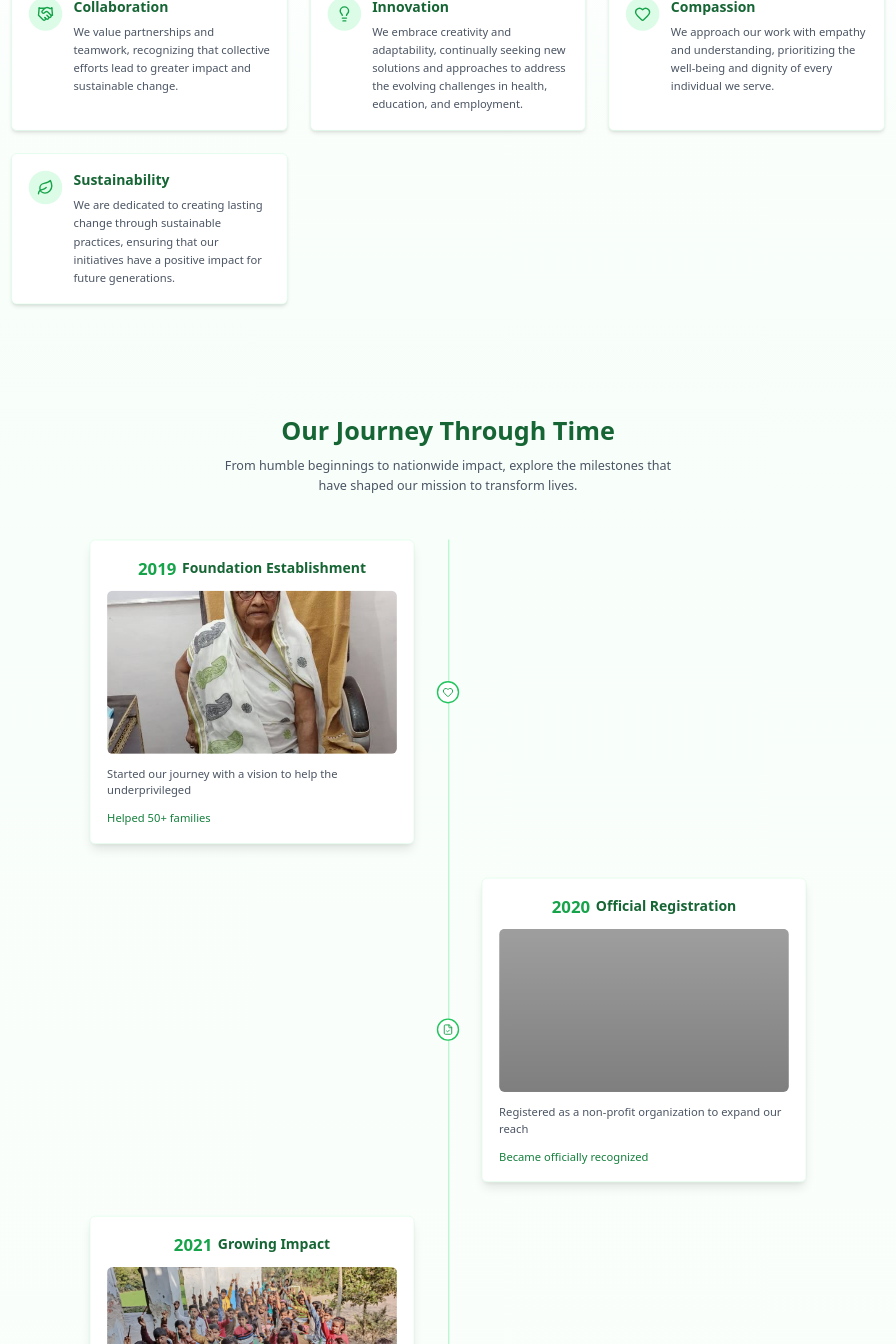
Repository: rajukumar2003/chandra-foundation
Page: /aboutus
An editor plug-in stored every save of this project. The page is shown before and after the next save, followed by the edit.
The browser window is 1280 px wide. The pictures show the part of the page from y = 2747 to 4667 px (the page is 7627 px tall), at 70% of full size.
Pictures or frames that could not be fetched are drawn as grey boxes. The project was rebuilt for these pictures with package versions that can differ from the ones it lists, and the page was loaded fresh each time. The framework's server and built-in components were replaced by stand-ins that run in the browser. Also part of the build but not shown: next.config.ts.

Above is the page before, as saved 2025-01-31 02:34:11.

### app/layout.tsx
import type { Metadata } from "next";
import { Geist, Geist_Mono } from "next/font/google";
import "./globals.css";
import Navbar from "./components/navbar";
import Footer from "./components/Footer";

const geistSans = Geist({
  variable: "--font-geist-sans",
  subsets: ["latin"],
});

const geistMono = Geist_Mono({
  variable: "--font-geist-mono",
  subsets: ["latin"],
});

export const metadata: Metadata = {
  title: "Create Next App",
  description: "Generated by create next app",
};

export default function RootLayout({
  children,
}: Readonly<{
  children: React.ReactNode;
}>) {
  return (
    <html lang="en">
      <body
        className={`${geistSans.variable} ${geistMono.variable} antialiased`}
      >
        <Navbar />
        {children}
        <Footer/>
      </body>
    </html>
  );
}

### app/globals.css
@tailwind base;
@tailwind components;
@tailwind utilities;
@layer base {
  :root {
    --background: 0 0% 100%;
    --foreground: 0 0% 3.9%;
    --card: 0 0% 100%;
    --card-foreground: 0 0% 3.9%;
    --popover: 0 0% 100%;
    --popover-foreground: 0 0% 3.9%;
    --primary: 0 0% 9%;
    --primary-foreground: 0 0% 98%;
    --secondary: 0 0% 96.1%;
    --secondary-foreground: 0 0% 9%;
    --muted: 0 0% 96.1%;
    --muted-foreground: 0 0% 45.1%;
    --accent: 0 0% 96.1%;
    --accent-foreground: 0 0% 9%;
    --destructive: 0 84.2% 60.2%;
    --destructive-foreground: 0 0% 98%;
    --border: 0 0% 89.8%;
    --input: 0 0% 89.8%;
    --ring: 0 0% 3.9%;
    --chart-1: 12 76% 61%;
    --chart-2: 173 58% 39%;
    --chart-3: 197 37% 24%;
    --chart-4: 43 74% 66%;
    --chart-5: 27 87% 67%;
    --radius: 0.5rem
  }
  .dark {
    --background: 0 0% 3.9%;
    --foreground: 0 0% 98%;
    --card: 0 0% 3.9%;
    --card-foreground: 0 0% 98%;
    --popover: 0 0% 3.9%;
    --popover-foreground: 0 0% 98%;
    --primary: 0 0% 98%;
    --primary-foreground: 0 0% 9%;
    --secondary: 0 0% 14.9%;
    --secondary-foreground: 0 0% 98%;
    --muted: 0 0% 14.9%;
    --muted-foreground: 0 0% 63.9%;
    --accent: 0 0% 14.9%;
    --accent-foreground: 0 0% 98%;
    --destructive: 0 62.8% 30.6%;
    --destructive-foreground: 0 0% 98%;
    --border: 0 0% 14.9%;
    --input: 0 0% 14.9%;
    --ring: 0 0% 83.1%;
    --chart-1: 220 70% 50%;
    --chart-2: 160 60% 45%;
    --chart-3: 30 80% 55%;
    --chart-4: 280 65% 60%;
    --chart-5: 340 75% 55%
  }
}
@layer base {
  * {
    @apply border-border;
  }
  body {
    @apply bg-background text-foreground;
  }
}

@keyframes float {
  0%, 100% {
    transform: translateY(0);
  }
  50% {
    transform: translateY(-20px);
  }
}

@keyframes float-delayed {
  0%, 100% {
    transform: translateY(0);
  }
  50% {
    transform: translateY(-15px);
  }
}

.animate-float {
  animation: float 6s ease-in-out infinite;
}

.animate-float-delayed {
  animation: float-delayed 5s ease-in-out infinite;
  animation-delay: 1s;
}

### app/components/AboutIntro.tsx
"use client";

import { motion } from "framer-motion";
import Image from "next/image";

export default function AboutUsIntro() {
  return (
    <section className="py-16 bg-white">
      <div className="container mx-auto px-4">
        <div>
          <h2 className="text-4xl font-bold text-green-800 my-12 flex justify-center items-center">Who We Are</h2>
        </div>
        <div className="grid lg:grid-cols-2 gap-12 lg:gap-20 items-center justify-center">
          {/* Left side - Image */}
          <motion.div
            initial={{ opacity: 0, x: -20 }}
            animate={{ opacity: 1, x: 0 }}
            transition={{ duration: 0.6 }}
            className="relative"
          >
            <div className="relative rounded-3xl overflow-hidden border border-green-200 aspect-[16/9]">
              <Image
                src="/images/aboutus.png"
                alt="Making a difference in communities"
                fill
                className="object-cover"
              />
              {/* Decorative borders */}
              <div className="absolute inset-0 border-2 border-green-100 rounded-3xl transform rotate-2" />
              <div className="absolute inset-0 border-2 border-green-100 rounded-3xl transform -rotate-2" />
            </div>
          </motion.div>

          {/* Right side - Content */}
          <motion.div
            initial={{ opacity: 0, x: 20 }}
            animate={{ opacity: 1, x: 0 }}
            transition={{ duration: 0.6, delay: 0.2 }}
            className="space-y-8"
          >
            {/* Short Para / Who we are */}
            <div>
              <p className="text-gray-600 text-lg leading-relaxed">
                Founded in 2019, Chandra Foundation emerged from a vision to
                create lasting positive change in underserved communities. What
                began as a small initiative has grown into a dynamic force for
                social transformation, touching thousands of lives across
                multiple regions.
              </p>
            </div>

            {/* Our Journey */}
            <div>
              <h3 className="text-2xl font-semibold text-green-700 mb-2">
                Our Journey
              </h3>
              <p className="text-gray-600 text-lg leading-relaxed">
                From our humble beginnings distributing essential supplies,
                we&apos;ve evolved into a comprehensive support system focusing on
                education, healthcare, and sustainable development. Each year
                marks new milestones in our mission to empower communities.
              </p>
            </div>

            {/* Founding Story */}
            <div>
              <h3 className="text-2xl font-semibold text-green-700 mb-2">
                Founding Story
              </h3>
              <p className="text-gray-600 text-lg leading-relaxed">
                Our founder, Chandra Kumar, witnessed firsthand the challenges
                faced by underprivileged communities. This personal experience
                sparked a commitment to create an organization that would bridge
                the gap between resources and needs, ensuring no one is left
                behind.
              </p>
            </div>

          </motion.div>
        </div>
      </div>
    </section>
  );
}

### app/components/AboutHero.tsx
"use client"

import { motion } from "framer-motion"
import Image from "next/image"

export default function AboutHero() {
  return (
    <section className="relative min-h-[70vh] md:min-h-[80vh] flex items-center justify-center overflow-hidden">
      <Image
        src="/images/about.png"
        alt="Chandra Foundation team working in the community"
        fill
        style={{ objectFit: "cover", filter: "brightness(0.8)" }}
        className="absolute inset-0"
        priority
      />
      <div className="absolute inset-0 bg-black opacity-10" />
      <div className="absolute inset-0 bg-gradient-to-b from-black/20 to-black/10" />
      {/* <div className="absolute inset-0 bg-gradient-to-b from-green-900/70 to-green-800/70" /> */}
      <div className="absolute inset-0 bg-grid-white/[0.05]" />

      <div className="relative z-20 text-center text-white max-w-4xl mx-auto px-4">
        <motion.h1
          initial={{ opacity: 0, y: 30 }}
          animate={{ opacity: 1, y: 0 }}
          transition={{ duration: 0.8, ease: "easeOut" }}
          className="text-4xl md:text-5xl lg:text-6xl font-bold mb-6 leading-tight"
        >
          About Us
        </motion.h1>
        <motion.p
          initial={{ opacity: 0, y: 30 }}
          animate={{ opacity: 1, y: 0 }}
          transition={{ duration: 0.8, delay: 0.2, ease: "easeOut" }}
          className="text-xl md:text-2xl lg:text-3xl font-light"
        >
          Empowering Communities, Transforming Lives
        </motion.p>
      </div>
    </section>
  )
}

### app/components/CoreValues.tsx
"use client"

import { motion } from "framer-motion"
import { Users, Scale, Shield, HandshakeIcon, Lightbulb, Heart, Leaf } from "lucide-react"

const coreValues = [
  {
    icon: Users,
    title: "Empowerment",
    description:
      "We believe in empowering individuals and communities to take charge of their own lives, fostering self-reliance and resilience.",
  },
  {
    icon: Scale,
    title: "Equity",
    description:
      "We are committed to promoting fairness and equal opportunities for all, ensuring that marginalized and underserved populations receive the support they need.",
  },
  {
    icon: Shield,
    title: "Integrity",
    description:
      "We operate with transparency and honesty, building trust with our stakeholders and communities through ethical practices.",
  },
  {
    icon: HandshakeIcon,
    title: "Collaboration",
    description:
      "We value partnerships and teamwork, recognizing that collective efforts lead to greater impact and sustainable change.",
  },
  {
    icon: Lightbulb,
    title: "Innovation",
    description:
      "We embrace creativity and adaptability, continually seeking new solutions and approaches to address the evolving challenges in health, education, and employment.",
  },
  {
    icon: Heart,
    title: "Compassion",
    description:
      "We approach our work with empathy and understanding, prioritizing the well-being and dignity of every individual we serve.",
  },
  {
    icon: Leaf,
    title: "Sustainability",
    description:
      "We are dedicated to creating lasting change through sustainable practices, ensuring that our initiatives have a positive impact for future generations.",
  },
]

export default function CoreValues() {
  return (
    <section className="py-16 bg-gradient-to-b from-white to-green-50/50">
      <div className="container mx-auto px-4">
        <motion.div
          initial={{ opacity: 0, y: 20 }}
          whileInView={{ opacity: 1, y: 0 }}
          viewport={{ once: true }}
          transition={{ duration: 0.6 }}
          className="text-center mb-12"
        >
          <h2 className="text-3xl md:text-4xl font-bold text-green-800 mb-4">Our Core Values</h2>
          {/* <div className="w-20 h-1 bg-green-600 mx-auto mb-6"></div> */}
        </motion.div>

        <div className="grid gap-8 md:grid-cols-2 lg:grid-cols-3 max-w-7xl mx-auto">
          {coreValues.map((value, index) => (
            <motion.div
              key={value.title}
              initial={{ opacity: 0, y: 20 }}
              whileInView={{ opacity: 1, y: 0 }}
              viewport={{ once: true }}
              transition={{ duration: 0.5, delay: index * 0.1 }}
            >
              <div className="bg-white rounded-lg p-6 shadow-md hover:shadow-lg transition-all duration-300 h-full border border-green-100 group">
                <div className="flex items-start gap-4">
                  <div className="shrink-0">
                    <div className="w-12 h-12 rounded-full bg-green-100 flex items-center justify-center group-hover:bg-green-200 transition-colors duration-300">
                      <value.icon className="w-6 h-6 text-green-600" />
                    </div>
                  </div>
                  <div>
                    <h3 className="text-xl font-semibold text-green-800 mb-2 group-hover:text-green-600 transition-colors duration-300">
                      {value.title}
                    </h3>
                    <p className="text-gray-600 leading-relaxed">{value.description}</p>
                  </div>
                </div>
              </div>
            </motion.div>
          ))}
        </div>
      </div>
    </section>
  )
}

### app/components/HistorySection.tsx
"use client"

import { motion } from "framer-motion"
import { Heart, FileCheck, TrendingUp, Sparkles, GraduationCap, Eye, Utensils, Trophy } from "lucide-react"
import Image from "next/image"

const timelineEvents = [
  {
    year: 2019,
    title: "Foundation Establishment",
    description: "Started our journey with a vision to help the underprivileged",
    stats: "Helped 50+ families",
    icon: Heart,
    image: "/images/founder3.jpg",
  },
  {
    year: 2020,
    title: "Official Registration",
    description: "Registered as a non-profit organization to expand our reach",
    stats: "Became officially recognized",
    icon: FileCheck,
    image: "/images/registration.jpg",
  },
  {
    year: 2021,
    title: "Growing Impact",
    description: "Expanded our programs to education and healthcare",
    stats: "Reached 500+ beneficiaries",
    icon: TrendingUp,
    image: "/images/vidyaudaya11.jpg",
  },
  {
    year: 2022,
    title: "Community Growth & Food Security",
    description: "Launched AnnaSamruddhi food distribution program, reaching thousands of families in need",
    stats: ["100+ active volunteers", "5000+ meals distributed", "5 community kitchens established"],
    icon: Utensils,
    image: "/images/annaSamruddhi1.jpg",
  },
  {
    year: 2023,
    title: "Healthcare Milestones",
    description: "Organized free eye camps under AyushKalyan initiative, serving rural communities",
    stats: ["5 community awards", "1000+ eye checkups conducted", "200+ spectacles distributed"],
    icon: Eye,
    image: "/images/ayushKlyaan5.jpg",
  },
  {
    year: 2024,
    title: "Skill Development Initiative",
    description: "Launched comprehensive skill certification program under KarmaVikas",
    stats: ["500+ youth trained", "10 skill development centers", "80% placement rate"],
    icon: GraduationCap,
    image: "/images/skill-development.jpg",
  },
  {
    year: 2025,
    title: "Official Launch",
    description: "Grand inauguration of Chandra Foundation headquarters",
    stats: ["Nationwide recognition", "Pan-India presence", "Strategic partnerships established"],
    icon: Trophy,
    image: "/images/launch.jpg",
  },
]

export default function HistorySection() {
  return (
    <section className="py-24 bg-gradient-to-b from-green-50/50 to-white relative overflow-hidden">
      {/* Background Pattern */}
      <div className="absolute inset-0 bg-grid-gray-100/25 [mask-image:radial-gradient(white,transparent_85%)]" />

      <div className="container mx-auto px-4 relative">
        <motion.div
          initial={{ opacity: 0, y: 20 }}
          whileInView={{ opacity: 1, y: 0 }}
          viewport={{ once: true }}
          transition={{ duration: 0.6 }}
          className="text-center mb-16"
        >
          <h2 className="text-3xl md:text-4xl font-bold text-green-800 mb-4">Our Journey Through Time</h2>
          <p className="text-gray-600 max-w-2xl mx-auto text-lg">
            From humble beginnings to nationwide impact, explore the milestones that have shaped our mission to
            transform lives.
          </p>
        </motion.div>

        <div className="relative max-w-5xl mx-auto">
          {/* Timeline Line */}
          <div className="absolute left-4 md:left-1/2 top-0 bottom-0 w-0.5 bg-green-200" />

          {timelineEvents.map((event, index) => (
            <motion.div
              key={event.year}
              initial={{ opacity: 0, y: 20 }}
              whileInView={{ opacity: 1, y: 0 }}
              viewport={{ once: true }}
              transition={{ duration: 0.6, delay: index * 0.1 }}
              className={`relative flex items-center mb-12 ${index % 2 === 0 ? "md:flex-row" : "md:flex-row-reverse"}`}
            >
              {/* Timeline Node */}
              <div className="absolute left-4 md:left-1/2 w-8 h-8 bg-white rounded-full border-2 border-green-500 transform -translate-x-4 md:-translate-x-4 z-10">
                <event.icon className="w-4 h-4 text-green-600 absolute top-1/2 left-1/2 transform -translate-x-1/2 -translate-y-1/2" />
              </div>

              {/* Content */}
              <div className={`ml-12 md:ml-0 md:w-1/2 ${index % 2 === 0 ? "md:pr-12" : "md:pl-12"}`}>
                <div className="bg-white rounded-lg p-6 shadow-lg hover:shadow-xl transition-all duration-300 border border-green-100">
                  <div className="flex items-center justify-center mb-4">
                    <span className="text-2xl font-bold text-green-600">{event.year}</span>
                    <div className="bg-transparent mx-1" />
                    <h3 className="text-xl font-semibold text-green-800">{event.title}</h3>
                  </div>

                  <div className="relative aspect-video w-full mb-4 rounded-lg overflow-hidden">
                    <Image src={event.image || "/placeholder.svg"} alt={event.title} fill className="object-cover" />
                    <div className="absolute inset-0 bg-gradient-to-t from-black/20 to-transparent" />
                  </div>

                  <p className="text-gray-600 mb-4">{event.description}</p>

                  {Array.isArray(event.stats) ? (
                    <ul className="space-y-2">
                      {event.stats.map((stat, i) => (
                        <li key={i} className="flex items-center text-green-700">
                          <div className="w-1.5 h-1.5 bg-green-500 rounded-full mr-2" />
                          {stat}
                        </li>
                      ))}
                    </ul>
                  ) : (
                    <p className="text-green-700">{event.stats}</p>
                  )}
                </div>
              </div>
            </motion.div>
          ))}

          {/* Future Indicator */}
          <div className="absolute left-4 md:left-1/2 bottom-0 transform -translate-x-4 md:-translate-x-4">
            <div className="w-8 h-8 rounded-full bg-green-100 flex items-center justify-center border-2 border-green-500">
              <Sparkles className="w-4 h-4 text-green-600" />
            </div>
          </div>
        </div>
      </div>
    </section>
  )
}

### components/ui/button.tsx
import * as React from "react"
import { Slot } from "@radix-ui/react-slot"
import { cva, type VariantProps } from "class-variance-authority"

import { cn } from "@/lib/utils"

const buttonVariants = cva(
  "inline-flex items-center justify-center gap-2 whitespace-nowrap rounded-md text-sm font-medium transition-colors focus-visible:outline-none focus-visible:ring-1 focus-visible:ring-ring disabled:pointer-events-none disabled:opacity-50 [&_svg]:pointer-events-none [&_svg]:size-4 [&_svg]:shrink-0",
  {
    variants: {
      variant: {
        default:
          "bg-primary text-primary-foreground shadow hover:bg-primary/90",
        destructive:
          "bg-destructive text-destructive-foreground shadow-sm hover:bg-destructive/90",
        outline:
          "border border-input bg-background shadow-sm hover:bg-accent hover:text-accent-foreground",
        secondary:
          "bg-secondary text-secondary-foreground shadow-sm hover:bg-secondary/80",
        ghost: "hover:bg-accent hover:text-accent-foreground",
        link: "text-primary underline-offset-4 hover:underline",
      },
      size: {
        default: "h-9 px-4 py-2",
        sm: "h-8 rounded-md px-3 text-xs",
        lg: "h-10 rounded-md px-8",
        icon: "h-9 w-9",
      },
    },
    defaultVariants: {
      variant: "default",
      size: "default",
    },
  }
)

export interface ButtonProps
  extends React.ButtonHTMLAttributes<HTMLButtonElement>,
    VariantProps<typeof buttonVariants> {
  asChild?: boolean
}

const Button = React.forwardRef<HTMLButtonElement, ButtonProps>(
  ({ className, variant, size, asChild = false, ...props }, ref) => {
    const Comp = asChild ? Slot : "button"
    return (
      <Comp
        className={cn(buttonVariants({ variant, size, className }))}
        ref={ref}
        {...props}
      />
    )
  }
)
Button.displayName = "Button"

export { Button, buttonVariants }

### components/ui/input.tsx
import * as React from "react"

import { cn } from "@/lib/utils"

const Input = React.forwardRef<HTMLInputElement, React.ComponentProps<"input">>(
  ({ className, type, ...props }, ref) => {
    return (
      <input
        type={type}
        className={cn(
          "flex h-9 w-full rounded-md border border-input bg-transparent px-3 py-1 text-base shadow-sm transition-colors file:border-0 file:bg-transparent file:text-sm file:font-medium file:text-foreground placeholder:text-muted-foreground focus-visible:outline-none focus-visible:ring-1 focus-visible:ring-ring disabled:cursor-not-allowed disabled:opacity-50 md:text-sm",
          className
        )}
        ref={ref}
        {...props}
      />
    )
  }
)
Input.displayName = "Input"

export { Input }

Loaded but not shown: lib/utils.ts (common file); tailwind.config.js (83 lines, source omitted); app/(root)/aboutus/page.tsx (408 lines, source omitted); components/ui/dropdown-menu.tsx (201 lines, source omitted); app/components/navbar.tsx (187 lines, source omitted); app/components/VisionMission.tsx (108 lines, source omitted); app/components/Footer.tsx (118 lines, source omitted)

After the next save:
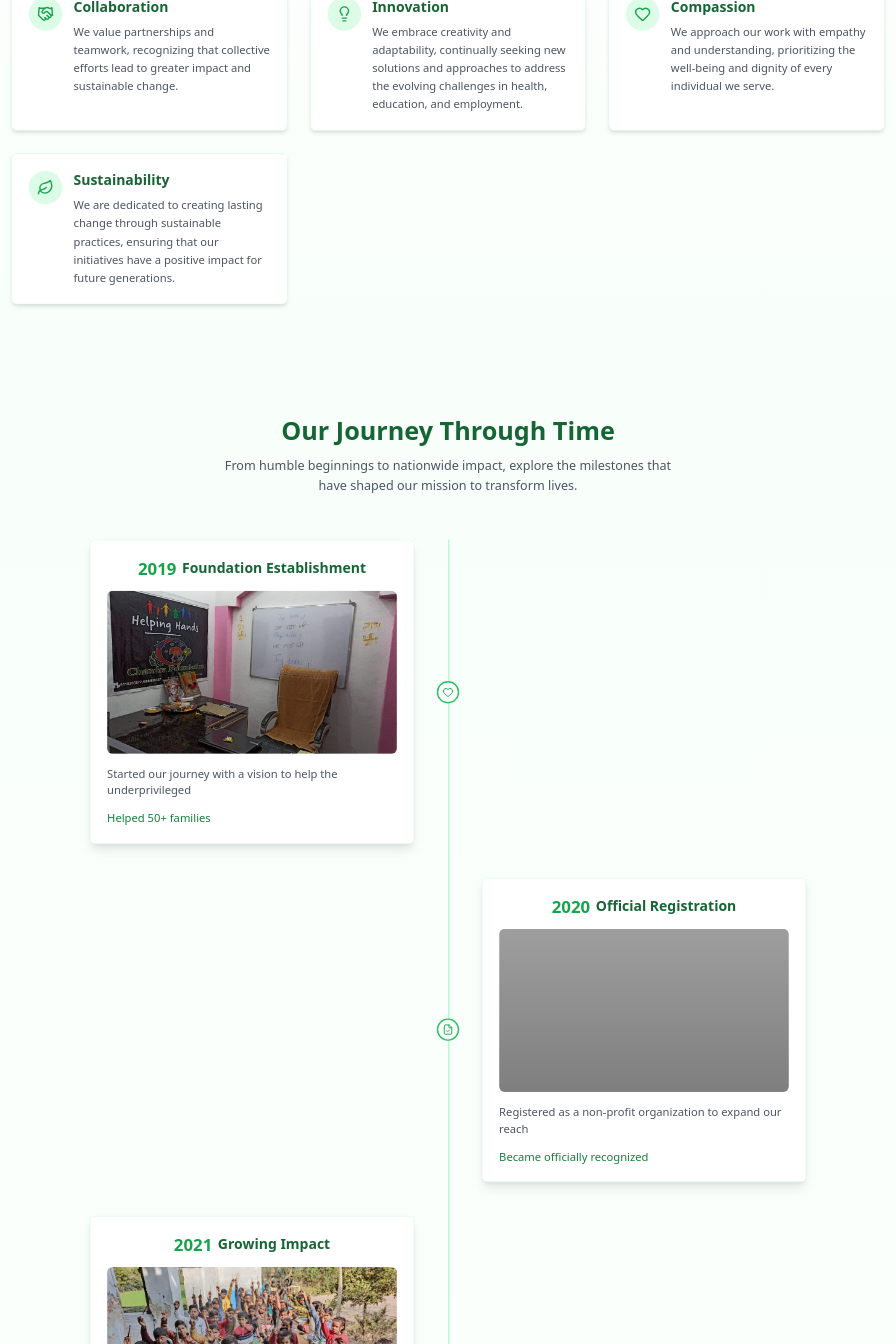
Saved 53 s later.
--- a/app/components/HistorySection.tsx
+++ b/app/components/HistorySection.tsx
@@ -11,7 +11,7 @@ const timelineEvents = [
     description: "Started our journey with a vision to help the underprivileged",
     stats: "Helped 50+ families",
     icon: Heart,
-    image: "/images/founder3.jpg",
+    image: "/images/office.jpg",
   },
   {
     year: 2020,
